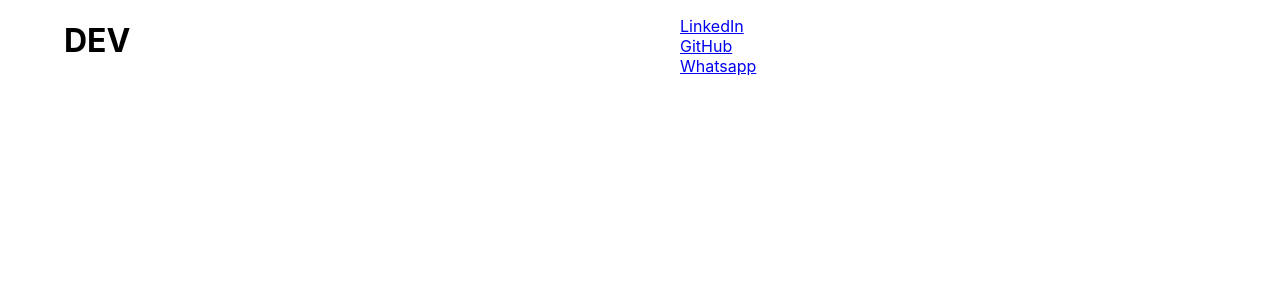
Repository: FxIvan/myweb
Page: /
These files come from the project's save history. The page is drawn as it stood at one moment and after the next save; the edit follows.
The browser window is 1280 px wide. The pictures show the whole page.
The project was rebuilt for these pictures with package versions that can differ from the ones it lists, and the page was loaded fresh each time.

Above is the page before, as saved 2022-11-02 10:56:42.

### src/index.js
import React from 'react';
import ReactDOM from 'react-dom/client';
import './index.css';
import App from './App';
import reportWebVitals from './reportWebVitals';
import { BrowserRouter } from 'react-router-dom';


const root = ReactDOM.createRoot(document.getElementById('root'));
root.render(
  <React.StrictMode>
    <App />
  </React.StrictMode>
);

// If you want to start measuring performance in your app, pass a function
// to log results (for example: reportWebVitals(console.log))
// or send to an analytics endpoint. Learn more: https://bit.ly/CRA-vitals
reportWebVitals();

### src/App.js
import { Routes, Route, HashRouter} from "react-router-dom";
import { Header } from "./component/header/header";

function App() {
  return (
    <HashRouter>
    <Routes>
        <Route path="/" element={<Header/>} />
    </Routes>
    </HashRouter>
  );
}

export default App;

### src/component/header/header.js
import React from 'react'
import '../css/header.css'


export const Header = () =>{
    return(
        <header>
            <div className='container-header'>
                <div className='subcontainer-header'>
                    <div className='container-header-logo'>
                        <h1>DEV</h1>
                    </div>
                    <div className='container-header-link'>
                        <ul>
                            <li><a href='https://www.linkedin.com/in/devalmendra/' target='_blanck'>LinkedIn</a></li>
                            <li><a href='https://github.com/FxIvan' target='_blanck'>GitHub</a></li>
                            <li><a href='https://api.whatsapp.com/send/?phone=541136887781&text&type=phone_number&app_absent=0' target='_blanck'>Whatsapp</a></li>
                        </ul>
                    </div>
                </div>
            </div>
        </header>
    )
}

### src/component/css/header.css
.container-header{
    margin: auto;
}

.subcontainer-header{
    display: flex;
    width: 90%;
    margin: auto;
}

.container-header-logo{
    width: 50%;
}
.container-header-link{
    width: 50%;
}
.container-header-link ul li{
    display: flex;
}

@media only screen and (max-width: 700px) {
    .container-header{

    }
    .subcontainer-header{

    }
    .container-header-logo{

    }
    .container-header-link{

    }
}

Loaded but not shown: public/index.html (common file); src/index.css (common file); src/reportWebVitals.js (common file)

After the next save:
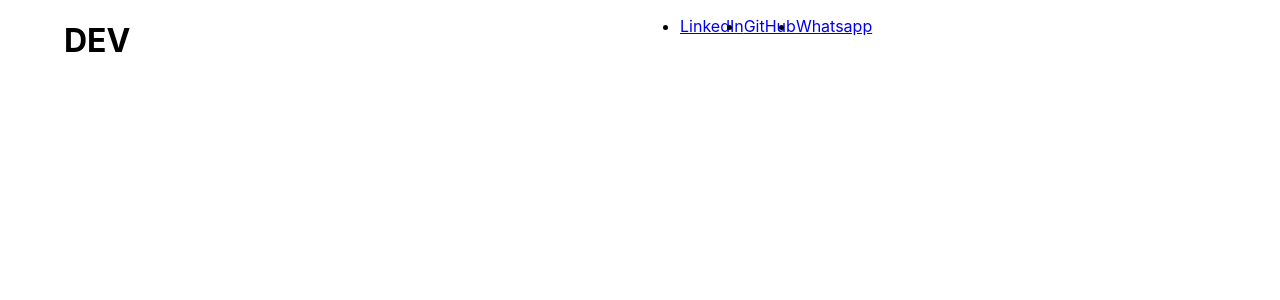
Saved 44 s later.
--- a/src/component/css/header.css
+++ b/src/component/css/header.css
@@ -14,7 +14,7 @@
 .container-header-link{
     width: 50%;
 }
-.container-header-link ul li{
+.container-header-link ul{
     display: flex;
 }
 
